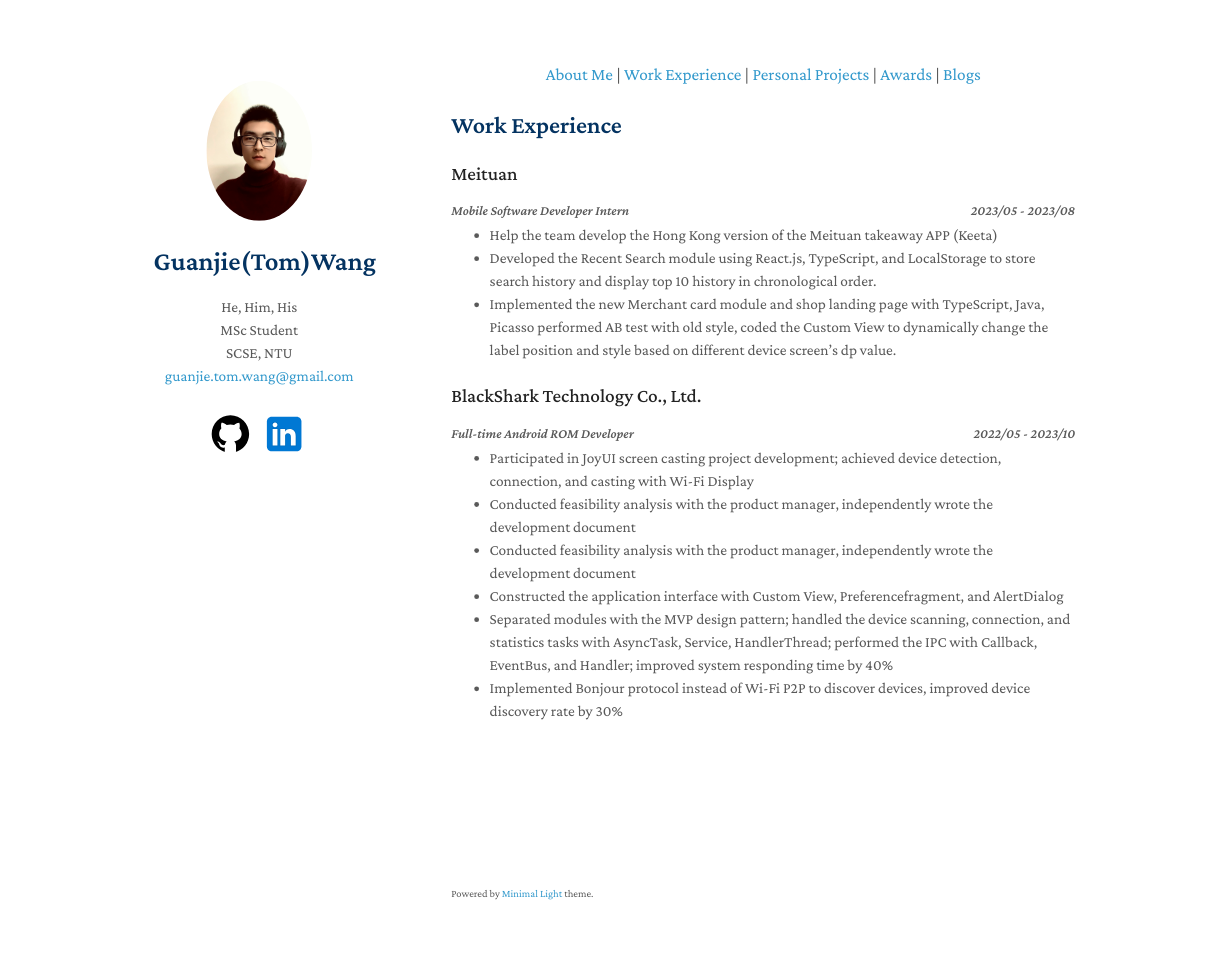
Repository: guanjie01/aboutme
Page: html/professional.html
The author's editor kept a copy of each file at every save. The page is drawn from the files as they stood at one save, then again after the next save.
The browser window is 1280 px wide. The pictures show the whole page, at 96% of full size.

Above is the page before, as saved 2023-08-11 16:46:24.

After the next save:
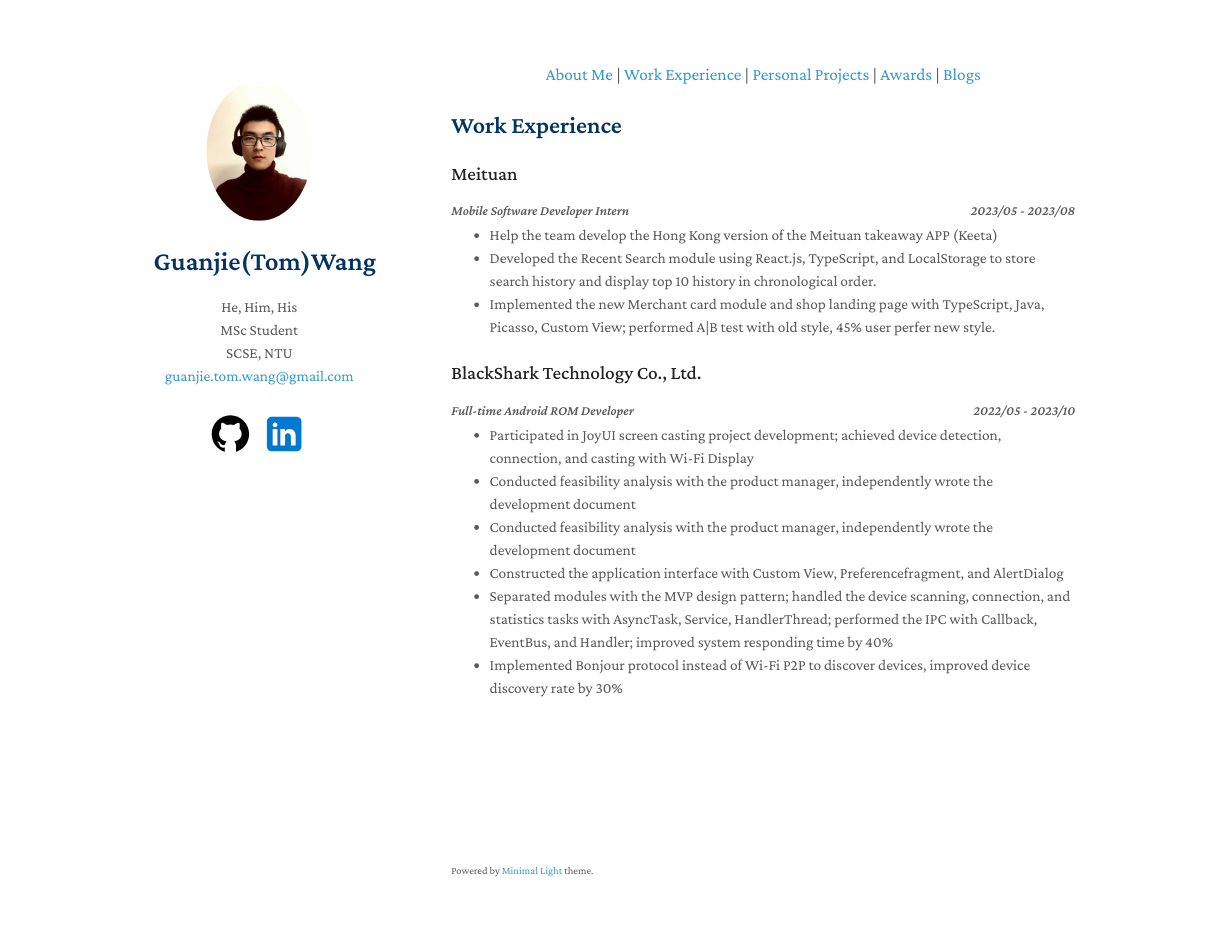
Saved 23 min 26 s later.
--- a/html/professional.html
+++ b/html/professional.html
@@ -105,9 +105,8 @@
             </li>
             <li>
               Implemented the new Merchant card module and shop landing page
-              with TypeScript, Java, Picasso performed AB test with old style,
-              coded the Custom View to dynamically change the label position
-              and style based on different device screen’s dp value.
+              with TypeScript, Java, Picasso, Custom View; performed A|B test with old style,
+              45% user perfer new style.
             </li>
           </ul>
         </div>
